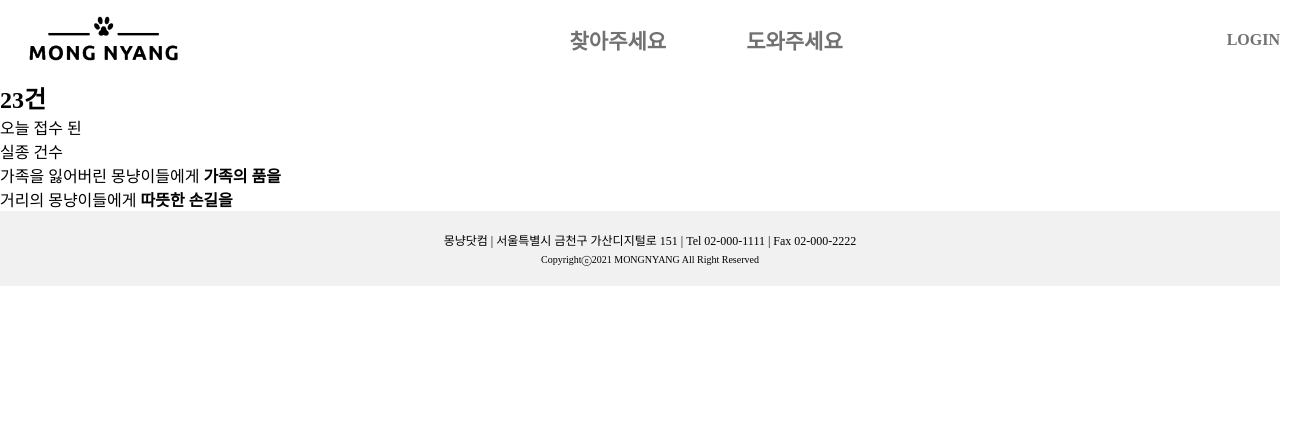
Repository: yl9517/2021.08.10_MONGNYANG_JSP
Page: http://localhost/mongNyang/main.jsp
These files come from the project's save history. The page is drawn as it stood at one moment and after the next save; the edit follows.
The browser window is 1280 px wide. The page is 1300 px wide, so the pictures cover 1300 px, including what lies to the right of the window. The pictures show the whole page.
The page is served by Tomcat 9. Other server files are loaded and not shown.

Above is the page before, as saved 2021-08-13 15:10:22.

### mongNyang/WebContent/main.jsp
<%@ page language="java" contentType="text/html; charset=UTF-8"
    pageEncoding="UTF-8"%>
<!DOCTYPE html>
<html>
<head>

<meta charset="UTF-8">
<title>Insert title here</title>
<link rel="stylesheet" href="../css/main.css">
</head>
<body>
	<%@ include file="header.jsp" %>

	<div id="main_wrap">
		<div id="main_img">
			<div id="chart">
				<div class="data">
					<h2>23건</h2>
					<p>오늘 접수 된 <br> 실종 건수</p>
				</div>
			</div>
			<p class="msg">
				가족을 잃어버린 몽냥이들에게 <b>가족의 품을</b> <br>
				거리의 몽냥이들에게 <b>따뜻한 손길을</b>
			</p>
		</div>
	</div>


	<%@ include file="footer.jsp" %>
</body>
</html>

### mongNyang/WebContent/header.jsp
<%@ page language="java" contentType="text/html; charset=UTF-8"
    pageEncoding="UTF-8"%>
<!DOCTYPE html>
<html>
<head>
<meta charset="UTF-8">
<title>Insert title here</title>
<link rel="stylesheet" href="../css/header2.css">
<script src="https://code.jquery.com/jquery-3.6.0.min.js"></script>
</head>
<body>
	<header>
		<nav id="head">
			<div class="logo">
				<img src="../images/logo.png" alt="logo">
			</div>
			<ul class="boards">
				<li><a href="#"> 찾아주세요</a> </li>
				<li><a href="#"> 도와주세요</a> </li>
			</ul>

			<!-- 로그인 null -->
			<div class="user">
				<a href="#">LOGIN</a>
			</div>

			<a href="#" class="toogleBtn">
				<img src="../images/line.png" alt="toogle">
			</a>
		</nav>
	</header>
	<script src="../js/header.js"></script>
</body>
</html>

### mongNyang/WebContent/footer.jsp
<%@ page language="java" contentType="text/html; charset=UTF-8"
    pageEncoding="UTF-8"%>
<!DOCTYPE html>
<html>
<head>
<meta charset="UTF-8">
<title>Insert title here</title>
<link rel="stylesheet" href="../css/footer.css">
</head>
<body>
	<footer>
		<div id="foot">
			<div id="shopInfo">
				<p>몽냥닷컴  | 서울특별시 금천구 가산디지털로 151  |  Tel 02-000-1111  |  Fax 02-000-2222</p>
					<p>Copyrightⓒ2021 MONGNYANG   All Right Reserved</p>
			</div>
		</div>
	</footer>
</body>
</html>

### mongNyang/WebContent/css/main.css
*{
	margin:0;
	padding:0;
	box-sizing: border-box;
}

/* 메인 전체 */
#mainWrap{
	width : 100%;
	height : 780px;
}

/* 메인 이미지 */
#mainImg{
	height : 100%;
	background-image: url("../images/bigMainBack.jpg");
	background-repeat: no-repeat;
	background-position: center center;
	background-size: cover;
	background-attachment: fixed;
}

/* 데이터 */
#mainWrap #data{
	list-style:none;
	background-color: rgba(0,0,0,0.3);
	text-align: center;
	color : white;

	position: absolute;
	top: 200px;
	right : 30px;

}
#data li{
	float: left;
	width : 260px;
	height :260px;
	padding: 22px;
}

#data li h2{
	font-size: 53px;
	padding-bottom : 20px;
	border-bottom: 5px solid rgba(255,255,255,0.7);
}
#data li p{
	font-size: 22px;
	margin-top : 50px;
	font-weight: bolder;
}
#data li:first-child p{
	margin-top : 30px;
}

/* 메세지 */
#mainWrap .msg{
	font-size: 45px;
    color: white;
    position: absolute;
    top: 680px;
    left: 60px;
}




/* 768px 미만 시 */
@media screen and (max-width:768px){
	#mainWrap .msg{
	   display: none;
	}
}

### mongNyang/WebContent/css/header2.css
*{
	margin:0;
	padding:0;
	box-sizing: border-box;
}
a{
	text-decoration: none;
	color: #717171;
}

/* 헤더 감싼 부분 */
header{
	width: 100%;
}

/* 헤더 */
#head{
	width: 1300px;
	height : 80px;
	margin: 0 auto;
	text-align :center;

	display: flex;
	justify-content: space-between;
	align-items: center;
	padding: 20px;

}
/* 로고  */
#head .logo img{
	height: 50px;
}

/* 게시판 */
#head .boards{
	display: flex;
	list-style: none;
}

#head .boards li{
	padding : 10px 30px;
	margin : 0 10px;
	font-size:21px;
	font-weight: bolder;
	cursor: pointer;
}
#head .boards li:hover{
	color:black;
}

/* 유저 */
#head .user{
	color : #A8A8A8;
	font-weight: bolder;
}
#head .user:hover{
	color:black;
}

/* 토글버튼 */
#head .toogleBtn img{
	width: 32px;
}

#head .toogleBtn{
	display:none;
	position: absolute;
	top : 9px;
	right: 32px;
}

/* 768px 미만 시 */
@media screen and (max-width:768px){
	#head{
		display: flex;
		flex-direction : column;
		width: 100%;
		height : 50px;
		padding: 5px;
	}
	#head .logo img{
		height: 40px;
	}
	#head .boards{
		flex-direction : column;
		align-items: center;
		width: 100%;
		display:none;
		background-color: white;
	}
	#head .boards li{
		width: 100%;
		margin : 5px 0;
	}
	#head .boards li:hover{
		width: 100%;
		color:black;
		background-color: skyblue;
		border-radius: 10px;
	}
	#head .user{
		display:none;
		margin-top: 10px;
		background-color: white;
	}
	#head .toogleBtn{
		display: block;
	}

}

### mongNyang/WebContent/js/header.js
const toogleBtn = document.querySelector('.toogleBtn');
const boards = document.querySelector('.boards');
const user = document.querySelector('.user');

let num =1;

toogleBtn.addEventListener('click',() => {

	if(num%2==1){
		boards.style.display="block";
		user.style.display = "block";
		num++;
	}else{
		boards.style.display="none";
		user.style.display = "none";
		num++;
	}
});

### mongNyang/WebContent/css/footer.css
*{
	margin:0;
	padding:0;
	box-sizing: border-box;
}

/* 푸터 감싼 부분 */
footer{
	width: 100%;
	background-color: #F1F1F1;
}

/* 푸터 */
#foot{
	width: 1300px;
	height : 75px;
	margin: 0 auto;
	text-align :center;
	padding: 20px;
}

/* 텍스트*/
#foot #shopInfo p{
	font-size: 12px;
}
#foot #shopInfo p:last-child{
	font-size: 10px;
	margin-top: 5px;
}
@media screen and (max-width:768px){
	#foot{
	width: 100%;
	}
}

After the next save:
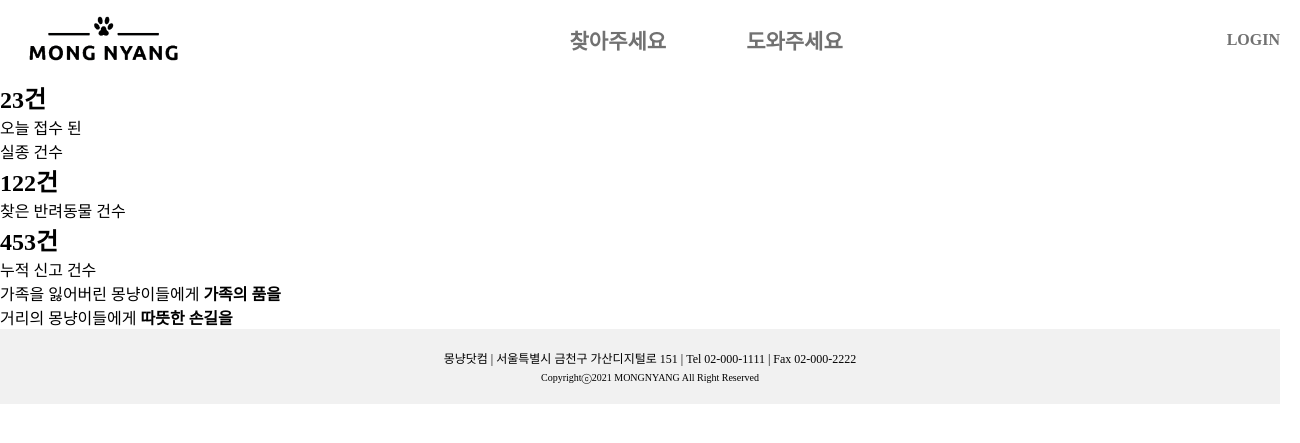
Saved 2 min 7 s later.
--- a/mongNyang/WebContent/main.jsp
+++ b/mongNyang/WebContent/main.jsp
@@ -18,6 +18,14 @@
 					<h2>23건</h2>
 					<p>오늘 접수 된 <br> 실종 건수</p>
 				</div>
+				<div class="data">
+					<h2>122건</h2>
+					<p>찾은 반려동물 건수</p>
+				</div>
+				<div class="data">
+					<h2>453건</h2>
+					<p>누적 신고 건수</p>
+				</div>
 			</div>
 			<p class="msg">
 				가족을 잃어버린 몽냥이들에게 <b>가족의 품을</b> <br>
